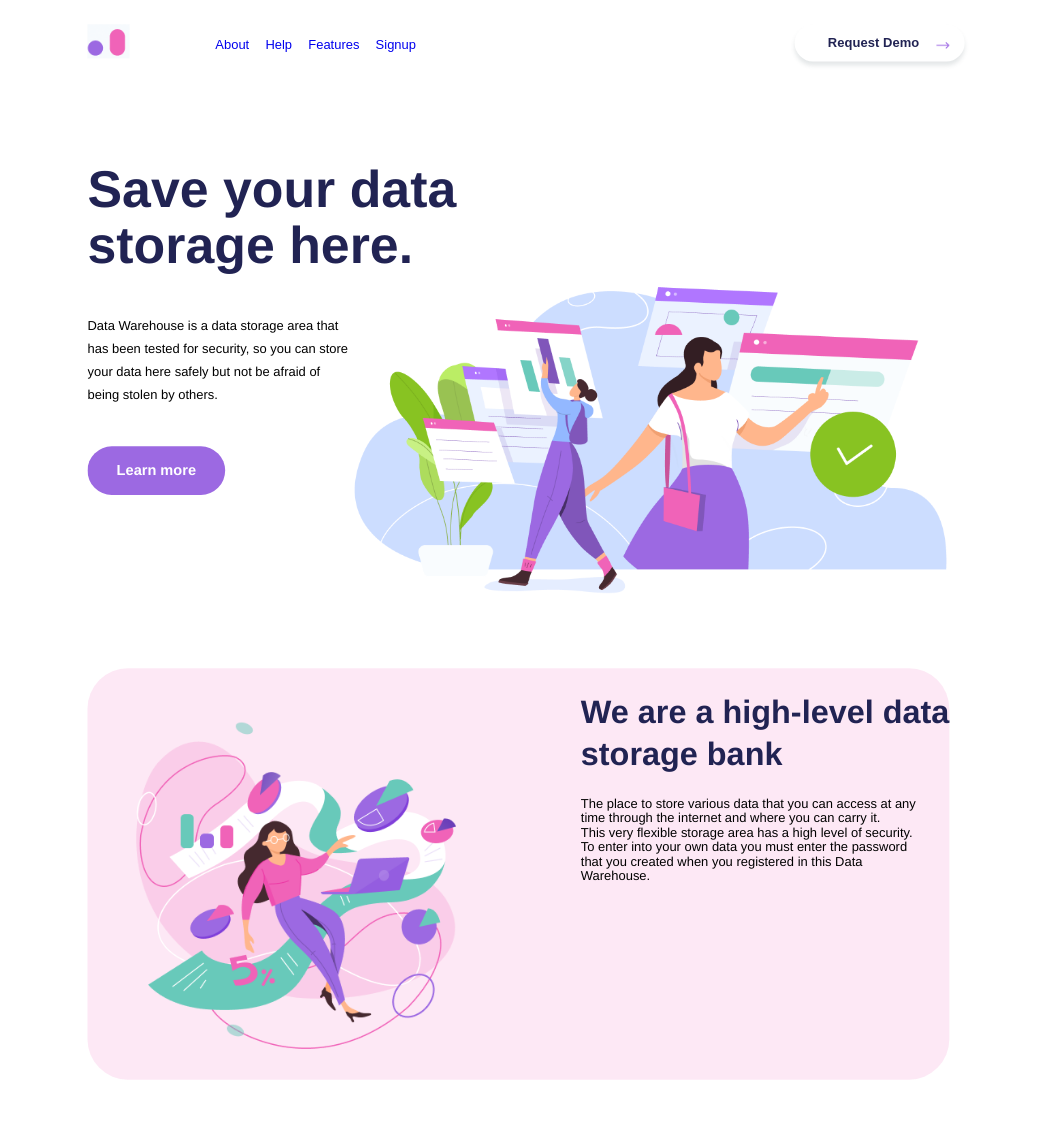
Repository: batonAnton/HW6_flexbox
Page: index.html
The author's editor kept a copy of each file at every save. The page is drawn from the files as they stood at one save, then again after the next save.
The browser window is 1280 px wide. The pictures show the whole page, at 81% of full size.
Some web fonts or font styles are not loaded; a fallback is used.

Above is the page before, as saved 2022-06-18 11:34:59.

After the next save:
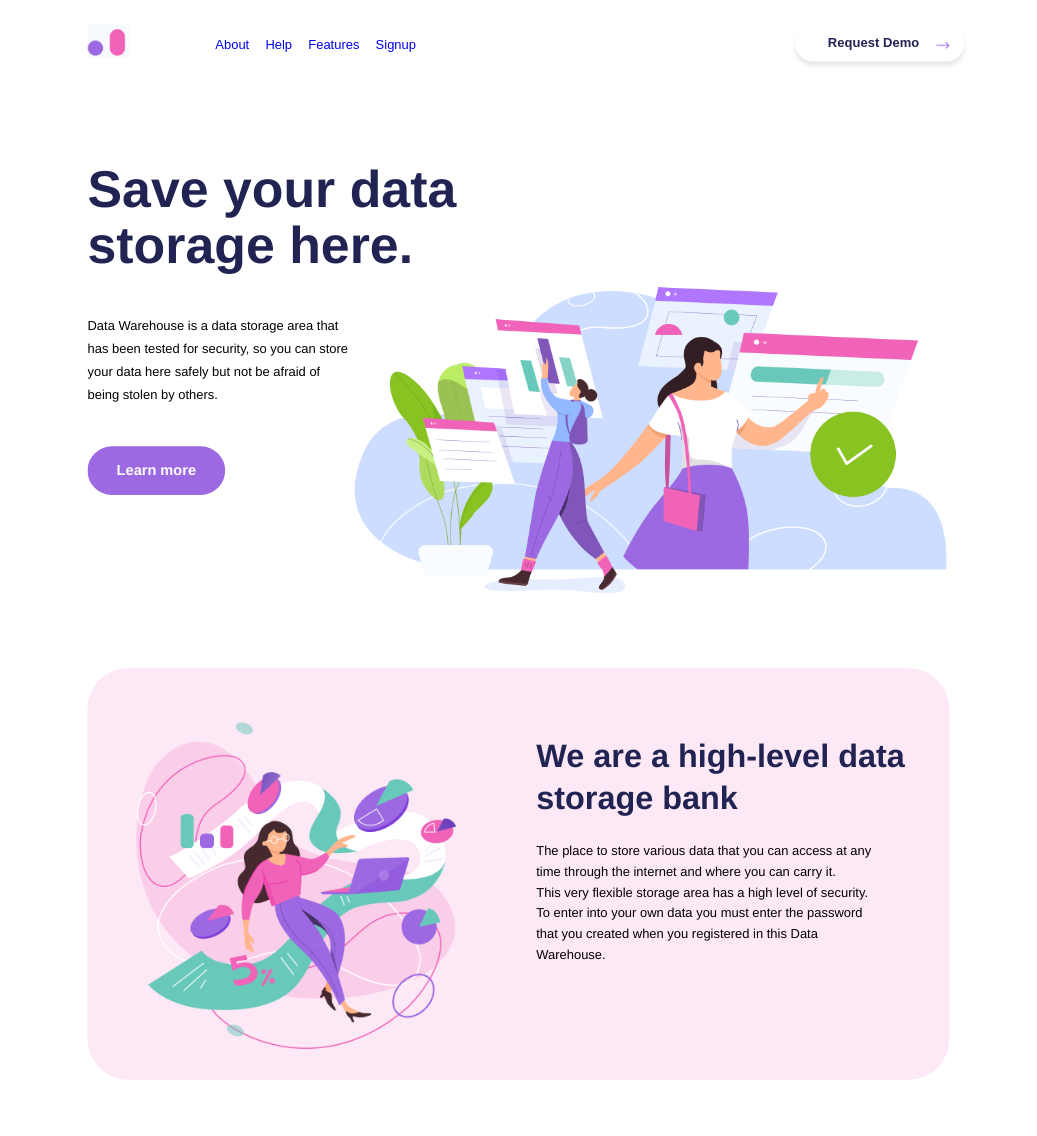
Saved 5 min 3 s later.
--- a/css/style.css
+++ b/css/style.css
@@ -1,6 +1,10 @@
 body {
   box-sizing: border-box;
   font-family: "Avenir";
+}
+
+.allstyles{
+
 }
 
 header {
@@ -142,3 +146,15 @@ button:hover {
     line-height: 130%;
     color: #212353;
 }
+
+.section2 p{
+    font-family: 'Avenir', Helvetica, sans-serif;
+font-style: normal;
+font-weight: 400;
+font-size: 16px;
+line-height: 160%;
+}
+
+.section2-info{
+    padding:55px;
+}
